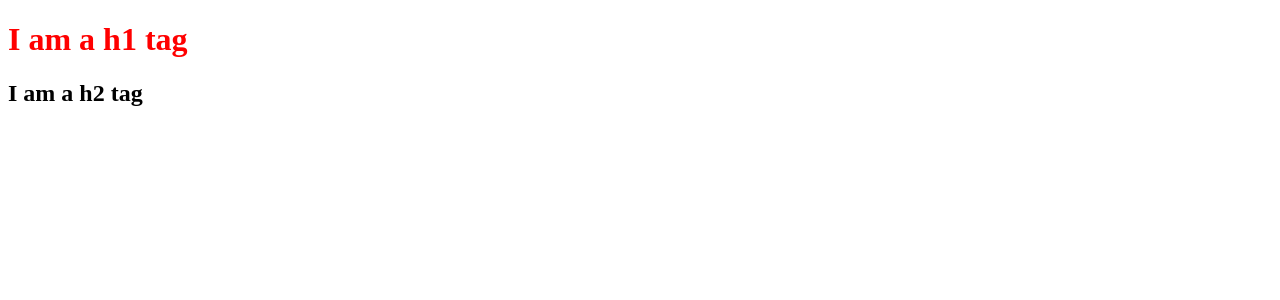
Repository: Himakaretggs/learn-react
Page: index.html
These files come from the project's save history. The page is drawn as it stood at one moment and after the next save; the edit follows.
The browser window is 1280 px wide. The pictures show the whole page.

Above is the page before, as saved 2023-09-02 21:41:13.

### index.html
<!DOCTYPE html>
<html lang="en">
<head>
    <meta charset="UTF-8">
    <meta name="viewport" content="width=device-width, initial-scale=1.0">
    <title>Nameste React</title>
    <link rel="stylesheet" href="./index.css">
</head>
<body>
    <div id="root"></div>

    <script crossorigin src="https://unpkg.com/react@18/umd/react.development.js"></script>
    <script crossorigin src="https://unpkg.com/react-dom@18/umd/react-dom.development.js"></script>
    <script src="./App.js"></script>
</body>
</html>

### App.js
var heading = React.createElement(
    "div",
    {id: "parent"},
    React.createElement(
        'div',
        {id: "child"},
        [
            React.createElement('h1',{},"I am a h1 tag"),
            React.createElement('h2',{},"I am a h2 tag")
        ]
    )
);

var root = ReactDOM.createRoot(document.getElementById("root"));

root.render(heading);

Loaded but not shown: index.css (common file)

After the next save:
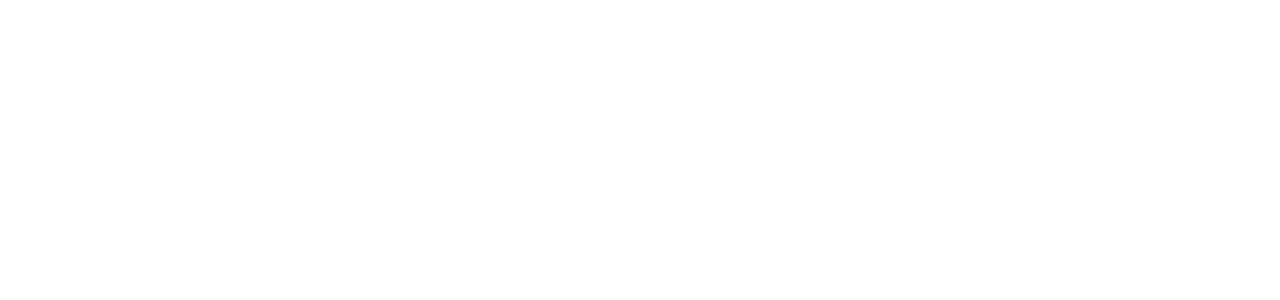
Console error: ReferenceError: React is not defined
Saved 13 min 31 s later.
--- a/index.html
+++ b/index.html
@@ -8,9 +8,9 @@
 </head>
 <body>
     <div id="root"></div>
-
+    <script src="./App.js"></script>
     <script crossorigin src="https://unpkg.com/react@18/umd/react.development.js"></script>
     <script crossorigin src="https://unpkg.com/react-dom@18/umd/react-dom.development.js"></script>
-    <script src="./App.js"></script>
+
 </body>
 </html>

After the save that followed:
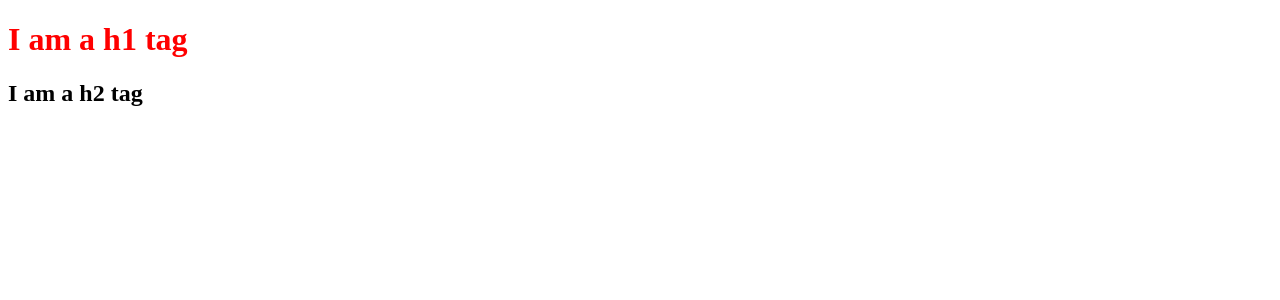
The error is gone.
Saved 8 s later.
--- a/index.html
+++ b/index.html
@@ -5,12 +5,12 @@
     <meta name="viewport" content="width=device-width, initial-scale=1.0">
     <title>Nameste React</title>
     <link rel="stylesheet" href="./index.css">
+    <script crossorigin src="https://unpkg.com/react@18/umd/react.development.js"></script>
+    <script crossorigin src="https://unpkg.com/react-dom@18/umd/react-dom.development.js"></script>
 </head>
 <body>
     <div id="root"></div>
     <script src="./App.js"></script>
-    <script crossorigin src="https://unpkg.com/react@18/umd/react.development.js"></script>
-    <script crossorigin src="https://unpkg.com/react-dom@18/umd/react-dom.development.js"></script>
 
 </body>
 </html>
